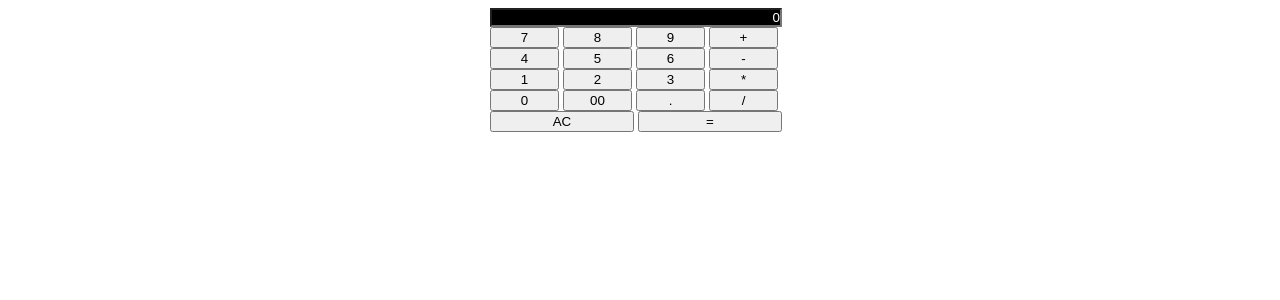
Repository: 7121yamamotorina/memo
Page: index2.html
The author's editor kept a record of every edit. The page is drawn from the files as they stood at one moment, then again after the next edit.
The browser window is 1280 px wide. The pictures show the whole page.
Some web libraries are served in a nearby version.

Above is the page before.

After the next edit:
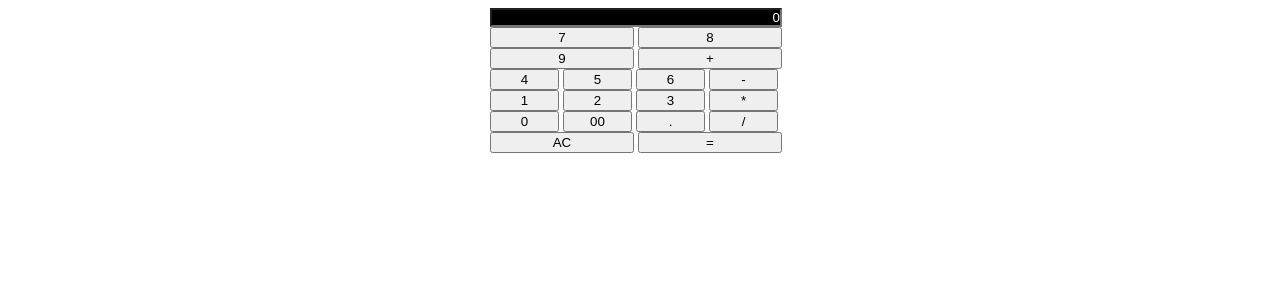
The edit:
--- a/index2.html
+++ b/index2.html
@@ -12,10 +12,10 @@
           <input readonly id="result" type="text" value="0">
 
        <div class="flex-container">
-         <button onclick="clickbutton('7')">7</button>
-          <button onclick="clickbutton('8')">8</button>
-         <button onclick="clickbutton('9')">9</button>
-         <button onclick="clickbutton('+')">+</button>
+         <button class="danme5" onclick="clickbutton('7')">7</button>
+          <button class="danme5" onclick="clickbutton('8')">8</button>
+         <button class="danme5" onclick="clickbutton('9')">9</button>
+         <button class="danme5" onclick="clickbutton('+')">+</button>
        </div>
        <div>
          <button onclick="clickbutton('4')">4</button>
